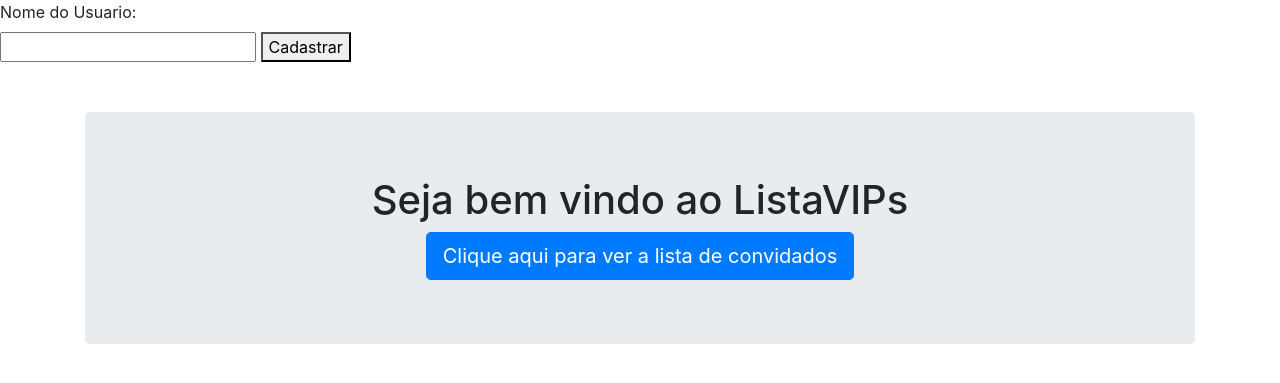
Repository: BDL-Solutions/Sorveteria
Page: Sorveteria/src/main/webapp/User/FormUserView.html
An editor plug-in stored every save of this project. The page is shown before and after the next save, followed by the edit.
The browser window is 1280 px wide. The pictures show the whole page.
Some web libraries are served in a nearby version.

Above is the page before, as saved 2023-11-20 15:18:34.

### Sorveteria/src/main/webapp/User/FormUserView.html
<!DOCTYPE html>
<html>
<head>

	<meta http-equiv="Content-Type" content="text/html; charset=UTF-8"/>
	<title>ListaVIP</title>
	<link rel="stylesheet" href="https://stackpath.bootstrapcdn.com/bootstrap/4.3.1/css/bootstrap.min.css">
</head>
<body>
<form action="InsertUser.jsp" method="POST">
	<label>Nome do Usuario: </label> <br>
	<input type="text" name="nome">

	<button type="submit">Cadastrar</button>
</form>



<div class="container">
        <div class="jumbotron" align="center" style="margin-top: 50px;">
            <h1>Seja bem vindo ao ListaVIPs</h1>
            <div align="center">
                <a href="listavip" class="btn btn-lg btn-primary">Clique aqui para ver a lista de convidados</a>
            </div>
        </div>
    </div>
    <script src="https://ajax.googleapis.com/ajax/libs/jquery/1.11.3/jquery.min.js"></script>
    <script src="bootstrap/js/bootstrap.min.js"></script>

</body>
</html>

Loaded but not shown: Sorveteria/src/main/webapp/js/bootstrap.min.js (library)

After the next save:
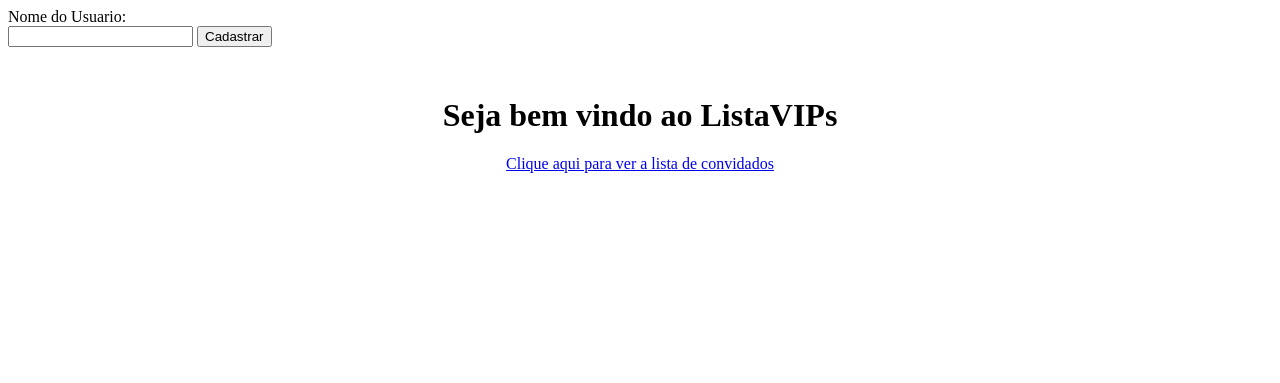
Not found: Sorveteria/src/main/webapp/webjars/bootstrap/4.3.1/css/bootstrap.min.css
Saved 17 min 43 s later.
--- a/Sorveteria/src/main/webapp/User/FormUserView.html
+++ b/Sorveteria/src/main/webapp/User/FormUserView.html
@@ -4,7 +4,7 @@
 
 	<meta http-equiv="Content-Type" content="text/html; charset=UTF-8"/>
 	<title>ListaVIP</title>
-	<link rel="stylesheet" href="https://stackpath.bootstrapcdn.com/bootstrap/4.3.1/css/bootstrap.min.css">
+	<link rel="stylesheet" href="/webjars/bootstrap/4.3.1/css/bootstrap.min.css">
 </head>
 <body>
 <form action="InsertUser.jsp" method="POST">
